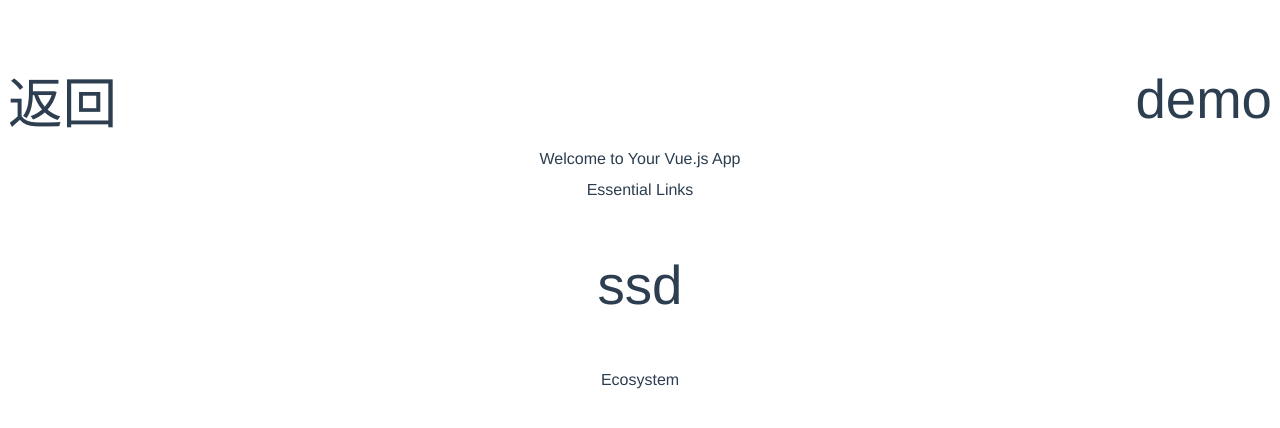
Repository: rechard-work/h5-app-communication
Page: /
These files come from the project's save history. The page is drawn as it stood at one moment and after the next save; the edit follows.
The browser window is 1280 px wide. The pictures show the whole page.
The project was rebuilt for these pictures with package versions that can differ from the ones it lists, and the page was loaded fresh each time.

Above is the page before, as saved 2020-07-10 17:40:02.

### src/main.js
// The Vue build version to load with the `import` command
// (runtime-only or standalone) has been set in webpack.base.conf with an alias.
import './common/js/rem'

import Vue from 'vue'
import App from './App'
import router from './router'

import Bridge from './common/js/jsBridge.js'
Vue.prototype.$bridge = Bridge

Vue.config.productionTip = false

/* eslint-disable no-new */
new Vue({
  el: '#app',
  router,
  components: { App },
  template: '<App/>'
})

### src/common/js/rem.js
/* eslint-disable */
;(function(window) {
  const baseSize = 32
  // 设置 rem 函数
  function setRem () {
    // 当前页面宽度相对于 750 宽的缩放比例，可根据自己需要修改。
    const scale = document.documentElement.clientWidth / 750
    // 设置页面根节点字体大小
    document.documentElement.style.fontSize = (baseSize * Math.min(scale, 2)) + 'px'
  }
  // 初始化
  setRem()
  // 改变窗口大小时重新设置 rem
  window.onresize = function () {
    setRem()
  }
})(window)

### src/common/js/jsBridge.js
let isAndroid = navigator.userAgent.indexOf('Android') > -1 || navigator.userAgent.indexOf('Adr') > -1
let isiOS = !!navigator.userAgent.match(/\(i[^;]+;( U;)? CPU.+Mac OS X/)

// 这是必须要写的，用来创建一些设置
function setupWebViewJavascriptBridge (callback) {
  // Android使用
  if (isAndroid) {
    if (window.WebViewJavascriptBridge) {
      callback(window.WebViewJavascriptBridge)
    } else {
      document.addEventListener(
        'WebViewJavascriptBridgeReady',
        () => {
          callback(window.WebViewJavascriptBridge)
        },
        false
      )
    }
    sessionStorage.phoneType = 'android'
  }

  // iOS使用
  if (isiOS) {
    if (window.WebViewJavascriptBridge) {
      return callback(window.WebViewJavascriptBridge)
    }
    if (window.WVJBCallbacks) {
      return window.WVJBCallbacks.push(callback)
    }
    window.WVJBCallbacks = [callback]
    var WVJBIframe = document.createElement('iframe')
    WVJBIframe.style.display = 'none'
    WVJBIframe.src = 'wvjbscheme://__BRIDGE_LOADED__'
    document.documentElement.appendChild(WVJBIframe)
    setTimeout(() => {
      document.documentElement.removeChild(WVJBIframe)
    }, 0)
    sessionStorage.phoneType = 'ios'
  }
}
// 注册回调函数，第一次连接时调用 初始化函数(android需要初始化,ios不用)
setupWebViewJavascriptBridge((bridge) => {
  if (isAndroid) {
    // 初始化
    bridge.init((message, responseCallback) => {
      var data = {
        'Javascript Responds': 'Wee!'
      }
      responseCallback(data)
    })
  }
})

export default {
  // js调APP方法 （参数分别为:app提供的方法名  传给app的数据  回调）
  callHandler (name, data, callback) {
    setupWebViewJavascriptBridge((bridge) => {
      bridge.callHandler(name, data, callback)
    })
  },
  // APP调js方法 （参数分别为:js提供的方法名  回调）
  registerHandler (name, callback) {
    setupWebViewJavascriptBridge((bridge) => {
      bridge.registerHandler(name, (data, responseCallback) => {
        callback(data, responseCallback)
      })
    })
  }
}

### src/components/HelloWorld.vue
<template>
  <div class="hello">
    <van-nav-bar class="nav-bar">
    <div class="left-item" slot="left">
      <i class="icon-back"/>
      <span>返回</span>
    </div>
    <div name="title" class="title" slot="title">
      <span>{{title}}</span>
    </div>
  </van-nav-bar>
    <h1>{{ msg }}</h1>
    <h2>Essential Links</h2>
    <ul>
      <li>ssd</li>
    </ul>
    <h2>Ecosystem</h2>
  </div>
</template>

<script>
export default {
  name: 'HelloWorld',
  data () {
    return {
      title: 'demo',
      msg: 'Welcome to Your Vue.js App'
    }
  },
  mounted () {
    this.appCall()
    this.callAPP()
  },
  methods: {
    // js调用app ==================================
    callAPP () {
      let param = {} // JS给APP传得参数
      this.$bridge.callHandler('MSGetNativeInfo', param, res => {
        alert('获取app响应数据:' + res)
      })
    },
    // app调js =====================================
    // app调用js的方法 appCallJS, 需要注册
    appCall () {
      this.$bridge.registerHandler('appCallJS', (datas, responseCallback) => {
        alert('showStationList' + datas)
      })
    }
  }
}
</script>

<!-- Add "scoped" attribute to limit CSS to this component only -->
<style scoped>
.nav-bar{
  display: flex;
  justify-content: space-between;
  align-items: center;
}
h1,
h2 {
  font-weight: normal;
  font-size: 16px;
}
ul {
  list-style-type: none;
  padding: 0;
}
li {
  display: inline-block;
  margin: 0 30px;
}
a {
  color: #42b983;
}
</style>

Loaded but not shown: index.html (common file); src/App.vue (common file); src/router/index.js (common file)

After the next save:
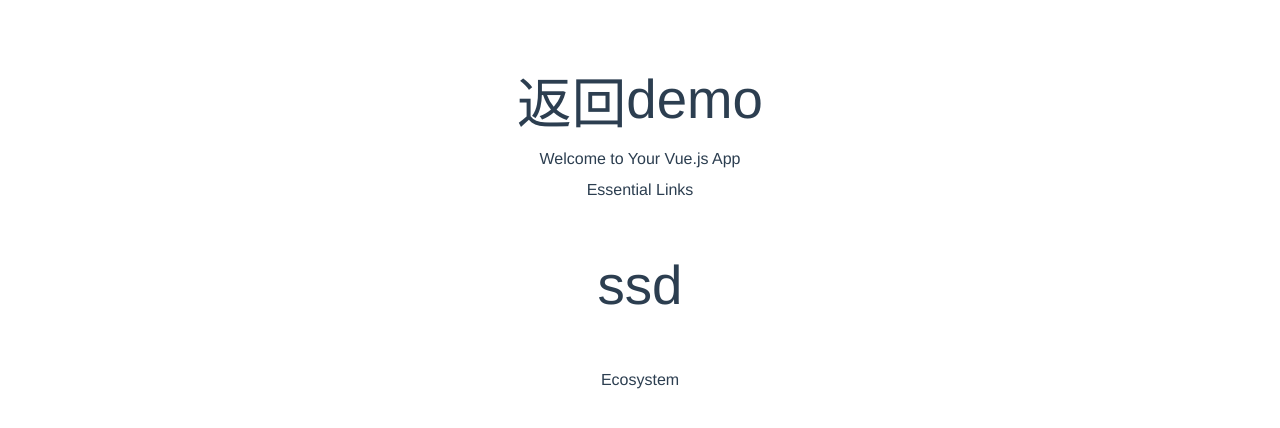
Saved 3 min 27 s later.
--- a/src/components/HelloWorld.vue
+++ b/src/components/HelloWorld.vue
@@ -1,14 +1,14 @@
 <template>
   <div class="hello">
     <van-nav-bar class="nav-bar">
-    <div class="left-item" slot="left">
-      <i class="icon-back"/>
-      <span>返回</span>
-    </div>
-    <div name="title" class="title" slot="title">
-      <span>{{title}}</span>
-    </div>
-  </van-nav-bar>
+      <div class="left-item" slot="left">
+        <i class="icon-back" />
+        <span>返回</span>
+      </div>
+      <div name="title" class="title" slot="title">
+        <span>{{ title }}</span>
+      </div>
+    </van-nav-bar>
     <h1>{{ msg }}</h1>
     <h2>Essential Links</h2>
     <ul>
@@ -20,41 +20,41 @@
 
 <script>
 export default {
-  name: 'HelloWorld',
+  name: "HelloWorld",
   data () {
     return {
-      title: 'demo',
-      msg: 'Welcome to Your Vue.js App'
-    }
+      title: "demo",
+      msg: "Welcome to Your Vue.js App"
+    };
   },
-  mounted () {
-    this.appCall()
-    this.callAPP()
+  mounted() {
+    this.appCall();
+    this.callAPP();
   },
   methods: {
     // js调用app ==================================
-    callAPP () {
-      let param = {} // JS给APP传得参数
-      this.$bridge.callHandler('MSGetNativeInfo', param, res => {
-        alert('获取app响应数据:' + res)
-      })
+    callAPP() {
+      let param = {}; // JS给APP传得参数
+      this.$bridge.callHandler("MSGetNativeInfo", param, res => {
+        alert("获取app响应数据:" + res);
+      });
     },
     // app调js =====================================
     // app调用js的方法 appCallJS, 需要注册
-    appCall () {
-      this.$bridge.registerHandler('appCallJS', (datas, responseCallback) => {
-        alert('showStationList' + datas)
-      })
+    appCall() {
+      this.$bridge.registerHandler("appCallJS", (datas, responseCallback) => {
+        alert("showStationList" + datas);
+      });
     }
   }
-}
+};
 </script>
 
 <!-- Add "scoped" attribute to limit CSS to this component only -->
 <style scoped>
-.nav-bar{
+.nav-bar {
   display: flex;
-  justify-content: space-between;
+  justify-content:center;
   align-items: center;
 }
 h1,
